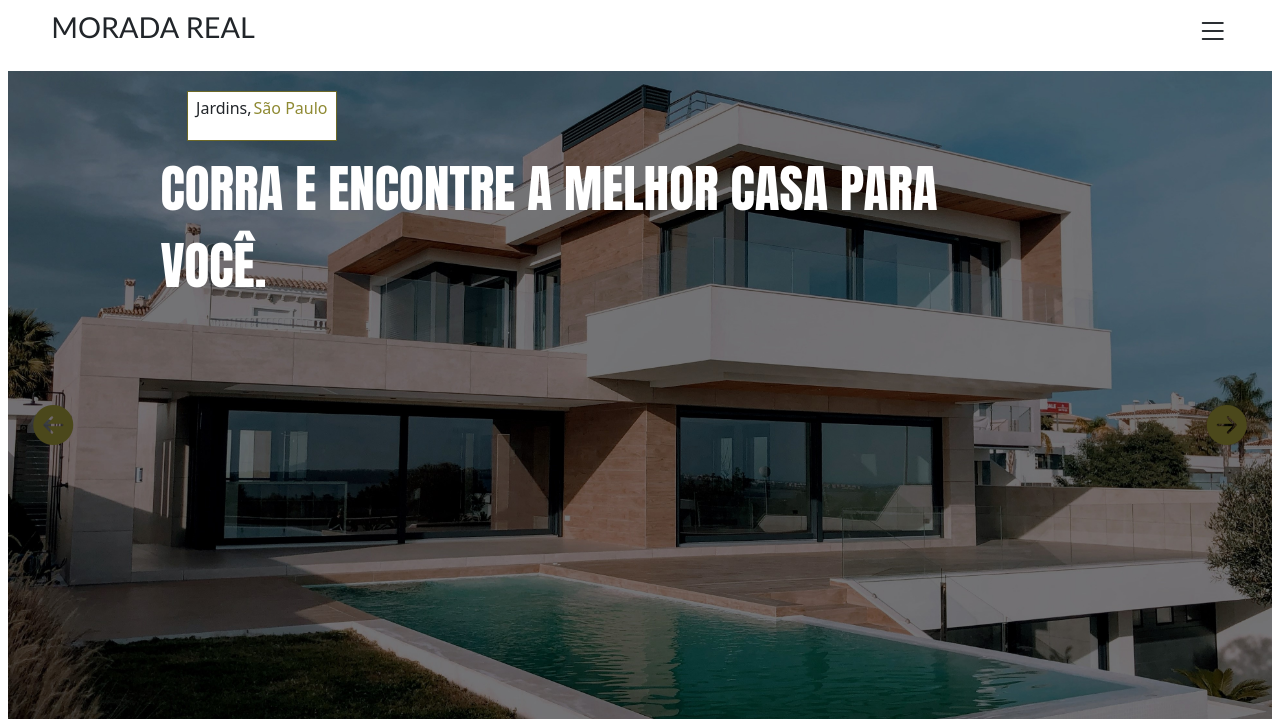
Repository: Mattyns/moradareal
Page: index.html
These files come from the project's save history. The page is drawn as it stood at one moment and after the next save; the edit follows.
The browser window is 1280 px wide. The pictures show the whole page.

Above is the page before, as saved 2025-07-11 18:41:07.

After the next save:
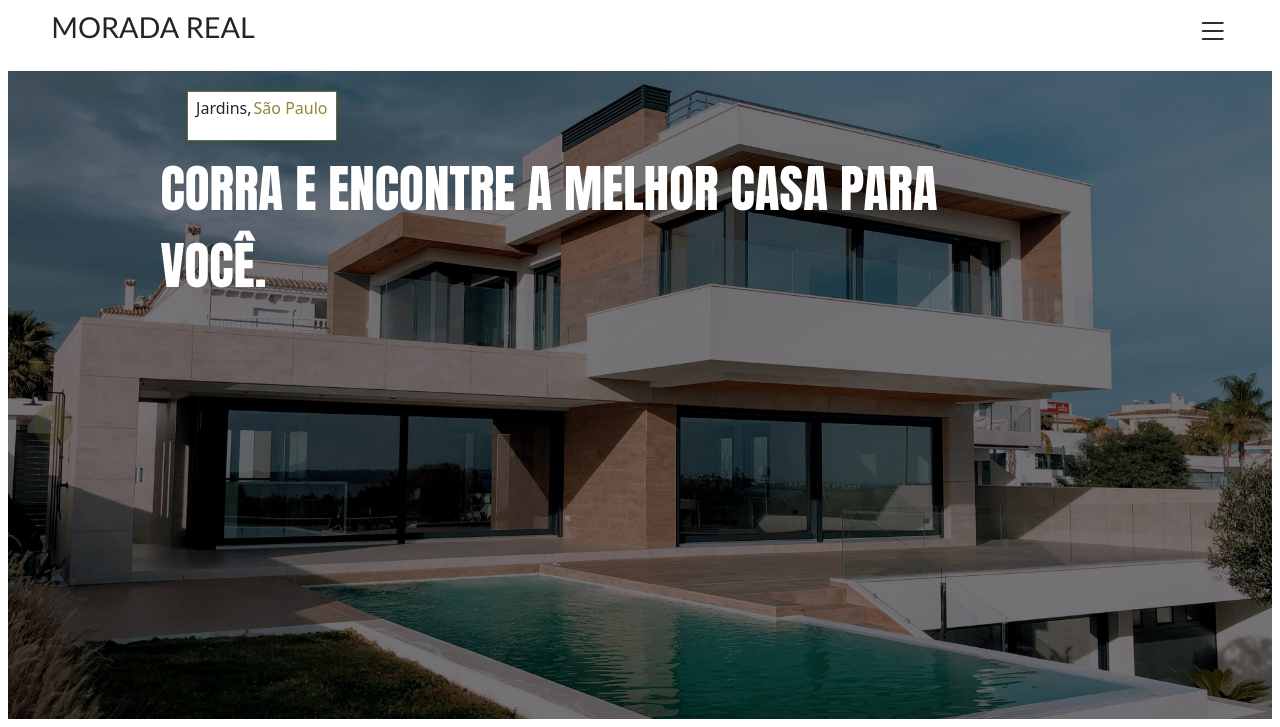
Saved 4 s later.
--- a/style/style.css
+++ b/style/style.css
@@ -117,7 +117,7 @@
 .img__button {
     font-size: 2.5em;
     position:absolute;
-    color: #4B481B;
+    color: #4b481b56;
     transition: color 0.8s ease;
 
 }
